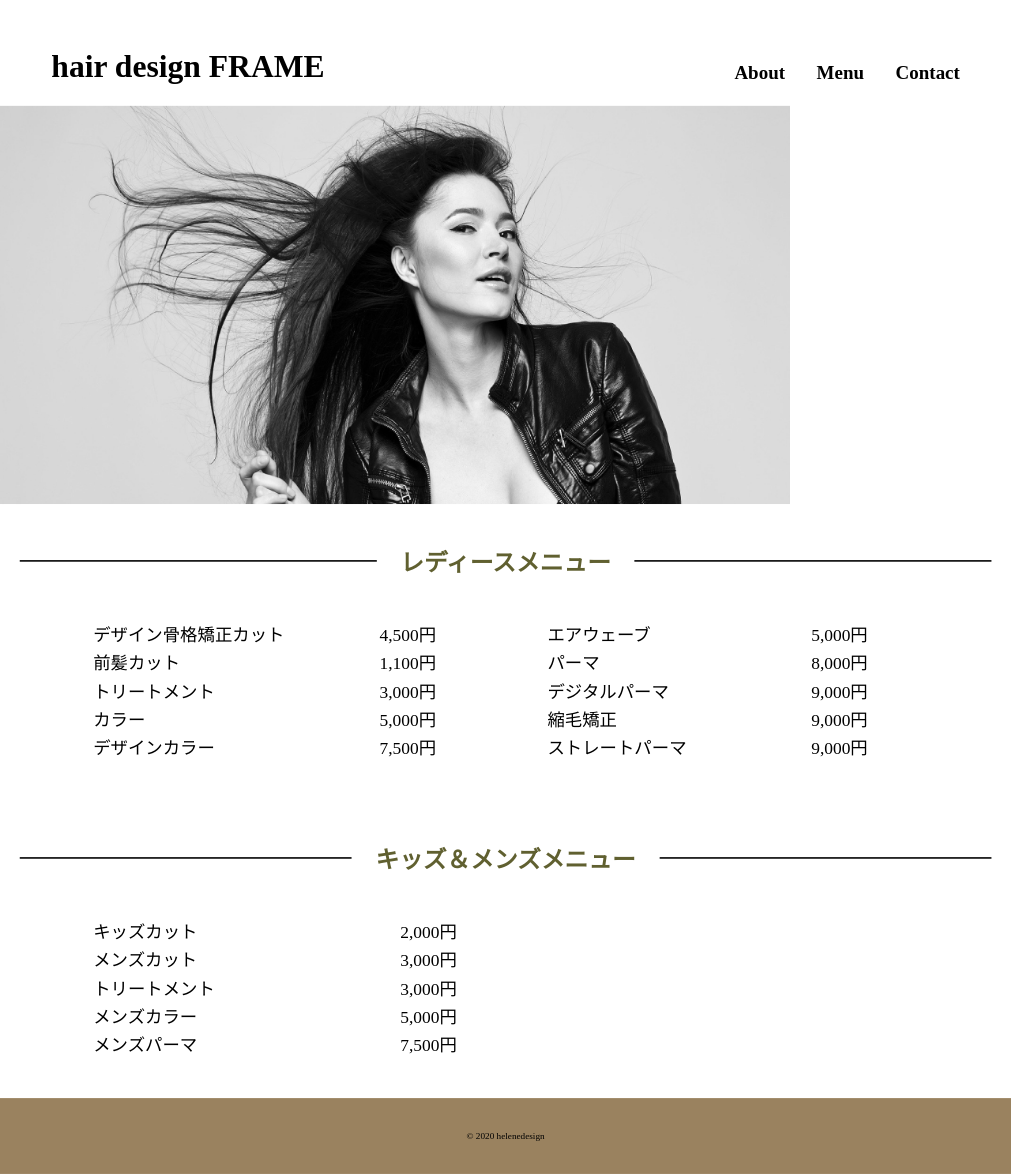
Repository: Akane492/samurai_HTML-CSS
Page: hairsalon/menu.html
The author's editor kept a record of every edit. The page is drawn from the files as they stood at one moment, then again after the next edit.
The browser window is 1280 px wide. The pictures show the whole page, at 79% of full size.

Above is the page before.

After the next edit:
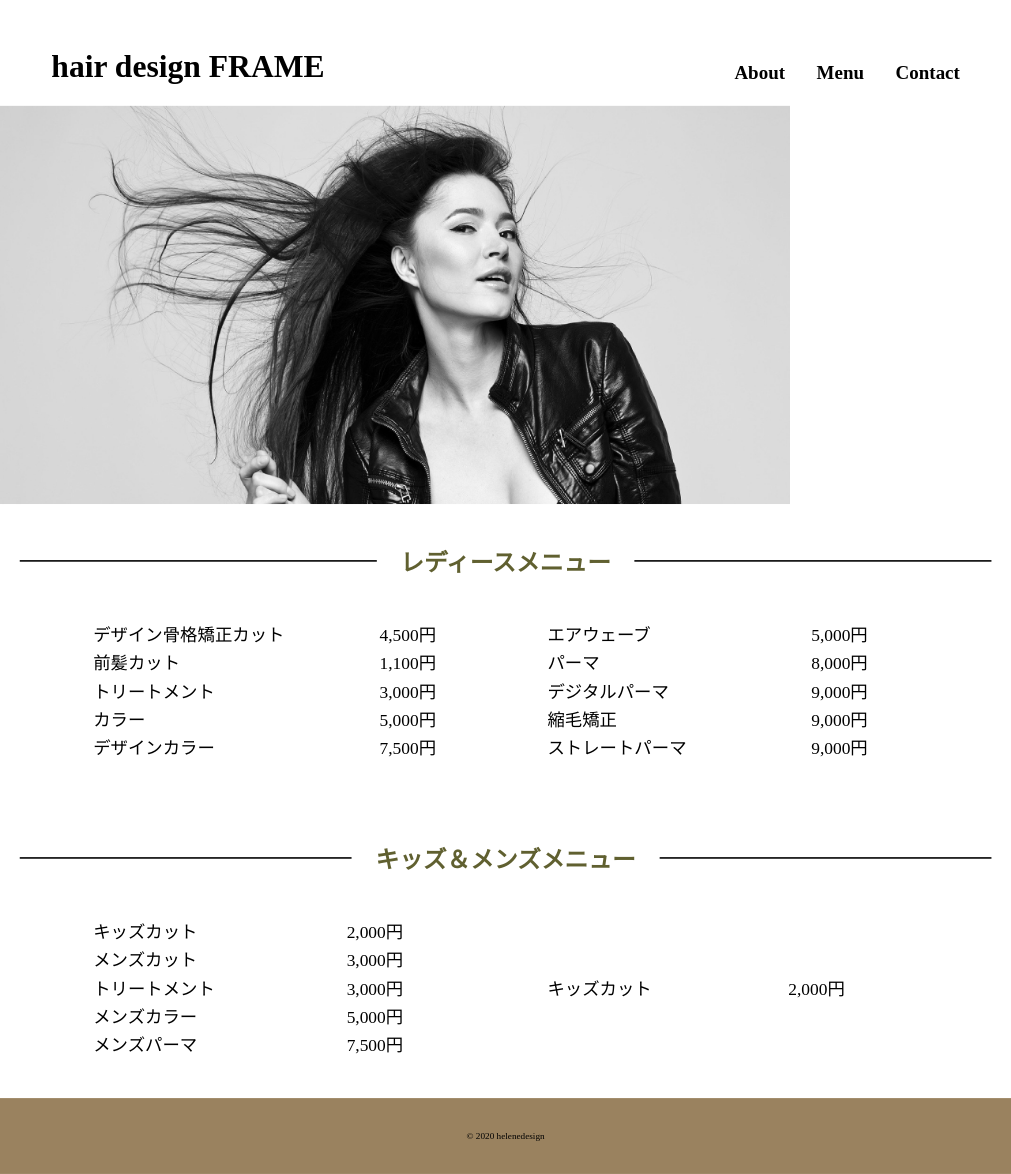
The edit:
--- a/hairsalon/menu.html
+++ b/hairsalon/menu.html
@@ -99,6 +99,12 @@
                     <td>7,500円</td>
                 </tr>
             </table>
+            <table border="1" class="menu-info">
+                <tr>
+                    <td>キッズカット</td>
+                    <td>2,000円</td>
+                </tr>
+            </table>
         </div><!---menu-preis--->
 
 
